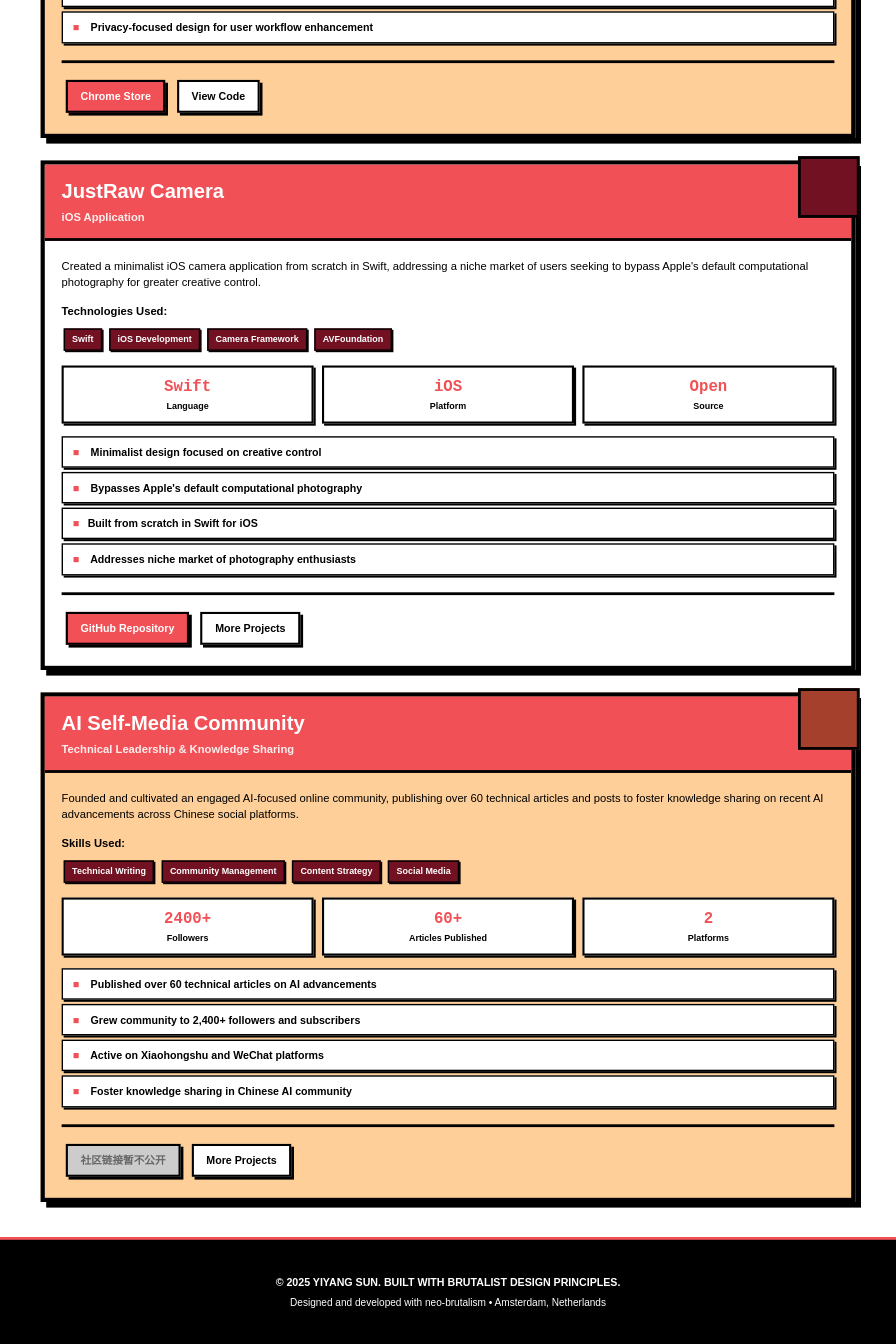
Repository: miloyiyangsun/yiyangsun.github.io
Page: .superdesign/design_iterations/yiyang_projects_v2.html
An editor plug-in stored every save of this project. The page is shown before and after the next save, followed by the edit.
The browser window is 1280 px wide. The pictures show the part of the page from y = 2483 to 4403 px (the page is 4403 px tall), at 70% of full size.

Above is the page before, as saved 2025-09-03 21:00:56.

After the next save:
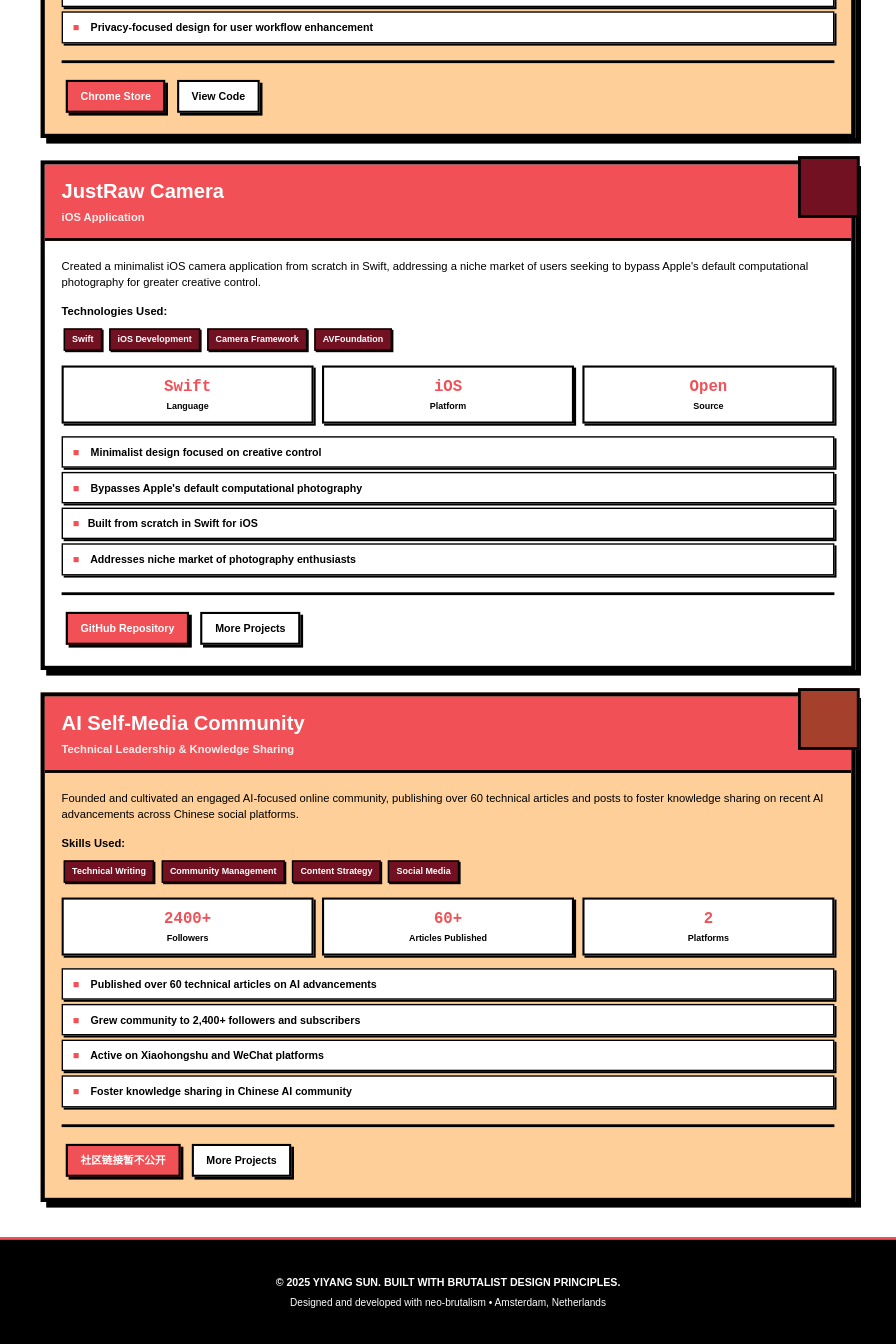
Saved 2 min 33 s later.
--- a/.superdesign/design_iterations/yiyang_projects_v2.html
+++ b/.superdesign/design_iterations/yiyang_projects_v2.html
@@ -658,7 +658,7 @@
             <!-- <a href="#" class="action-button">访问社区</a> -->
             <span
               class="action-button"
-              style="background: #ccc; color: #666; cursor: not-allowed"
+              href="https://www.xiaohongshu.com/user/profile/6876efd1000000000d03c562"
               >社区链接暂不公开</span
             >
             <a
